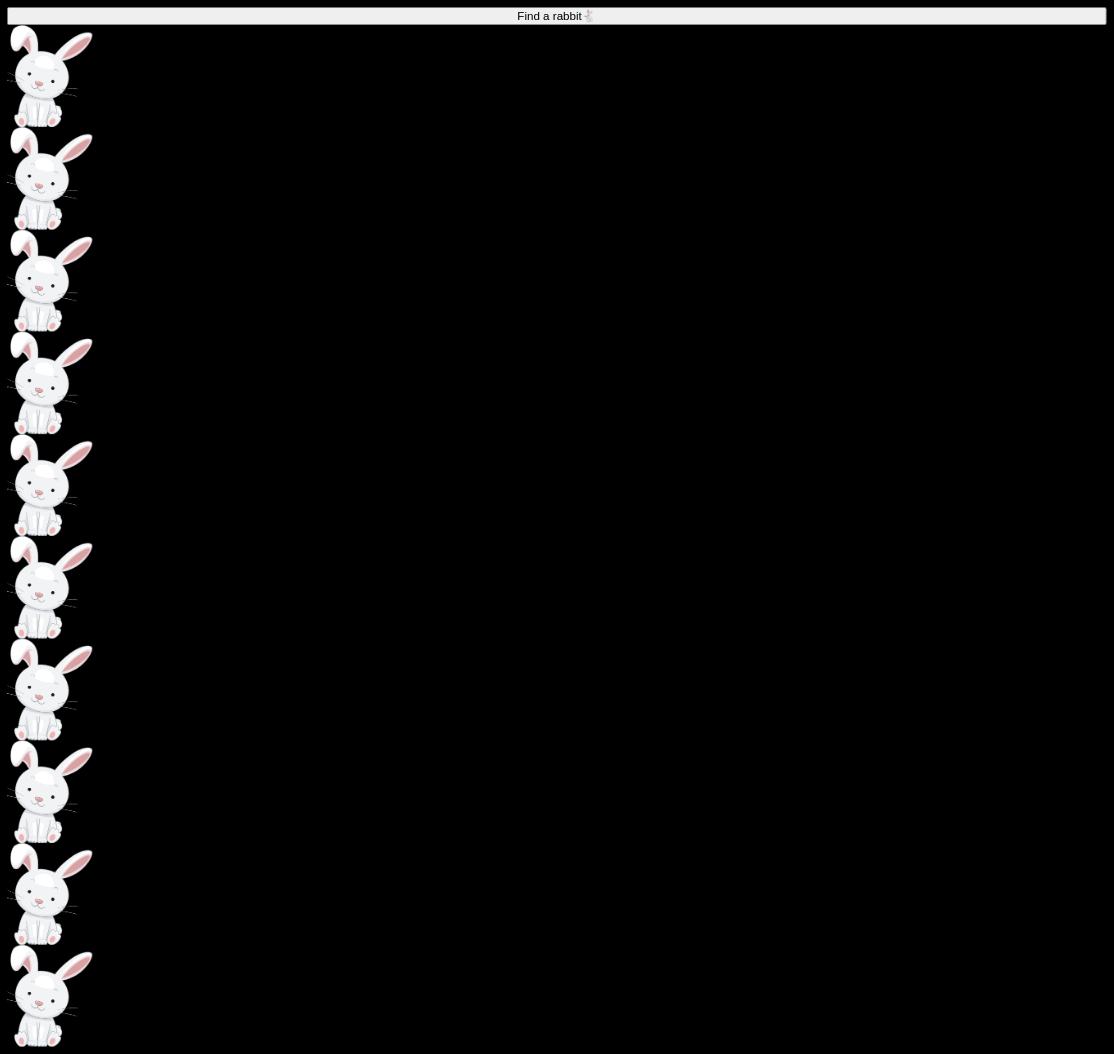
Repository: dhchun1203/browser-practice-works-
Page: rabbits/index.html
These files come from the project's save history. The page is drawn as it stood at one moment and after the next save; the edit follows.
The browser window is 1280 px wide. The pictures show the whole page, at 87% of full size.

Above is the page before, as saved 2021-01-04 12:08:30.

After the next save:
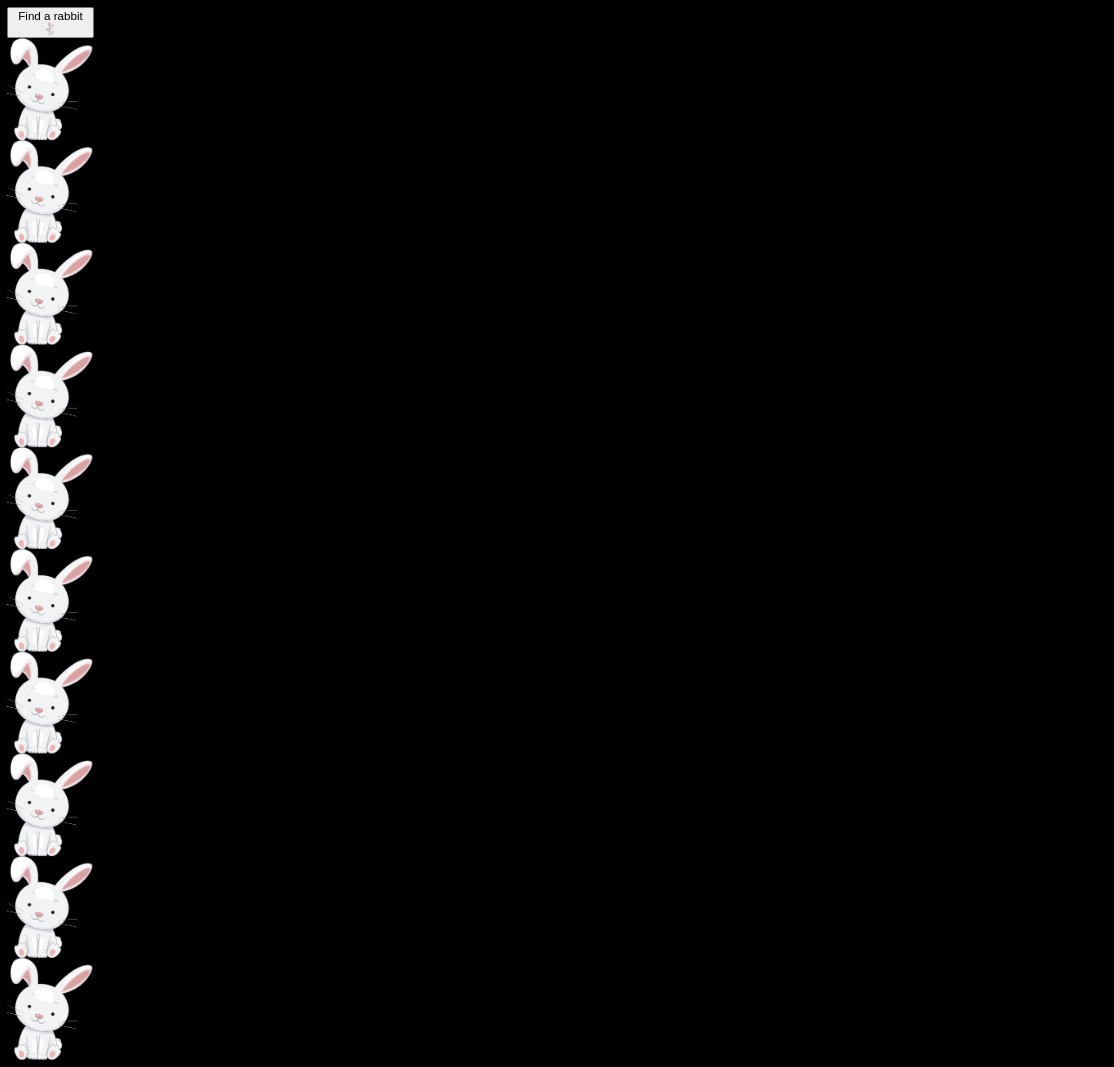
Saved 12 s later.
--- a/rabbits/index.html
+++ b/rabbits/index.html
@@ -9,6 +9,9 @@
 				background-color: black;
 				display: flex;
 				flex-direction: column;
+			}
+			button {
+				width: 100px;
 			}
 			img {
 				width: 100px;
